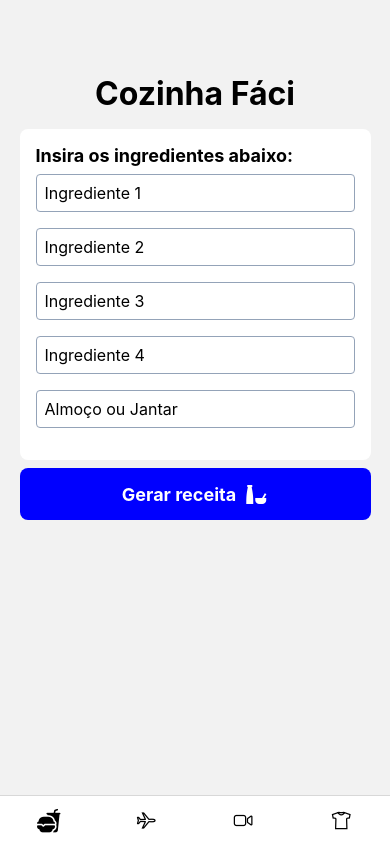
Repository: Matheus904-12/routes
Screen: / (app in roteamento/)
The author's editor kept a copy of each file at every save. The screen is drawn from the files as they stood at one save, then again after the next save.
The app was drawn by React Native's web renderer in a window 390 px wide. The project was rebuilt for these pictures with package versions that can differ from the ones it lists, and the page was loaded fresh each time. Also part of the build but not shown: roteamento/pages/viagem.js, roteamento/pages/filmes.js, roteamento/pages/roupas.js.

Above is the screen before, as saved 2024-05-01 17:22:12.

### roteamento/App.tsx
import React from 'react';
import { NavigationContainer } from '@react-navigation/native';
import { Routes } from './routes';

export default function App() {
  return (
    <NavigationContainer>
      <Routes />
    </NavigationContainer>
  );
}

### roteamento/routes.js
import { createBottomTabNavigator } from "@react-navigation/bottom-tabs";
import { Viagem } from './pages/viagem';
import { Filmes } from './pages/filmes';
import { Roupas } from './pages/roupas';
import { Receita } from './pages/receita';
import { Ionicons } from '@expo/vector-icons/'

const Tab = createBottomTabNavigator();

export function Routes() {
    return (
        <Tab.Navigator>
            <Tab.Screen
                name="receita"
                component={Receita}
                options={{
                    tabBarShowLabel: false,
                    headerShown: false,
                    tabBarIcon: ({ focused }) => {
                        if (focused) {
                            return (<Ionicons size={25} color={"#000"} name="fast-food" />)
                        }
                        return (<Ionicons size={20} color={"#000"} name="fast-food-outline" />)
                    }
                }}
            />
            <Tab.Screen
                name="viagem"
                component={Viagem}
                options={{
                    tabBarShowLabel: false,
                    headerShown: false,
                    tabBarIcon: ({ focused }) => {
                        if (focused) {
                            return (<Ionicons size={25} color={"#000"} name="airplane" />)
                        }
                        return (<Ionicons size={20} color={"#000"} name="airplane-outline" />)
                    }
                }}
            />
            <Tab.Screen
                name="filmes"
                component={Filmes}
                options={{
                    tabBarShowLabel: false,
                    headerShown: false,
                    tabBarIcon: ({ focused }) => {
                        if (focused) {
                            return (<Ionicons size={25} color={"#000"} name="videocam" />)
                        }
                        return (<Ionicons size={20} color={"#000"} name="videocam-outline" />)
                    }
                }}
            />
            <Tab.Screen
                name="roupas"
                component={Roupas}
                options={{
                    tabBarShowLabel: false,
                    headerShown: false,
                    tabBarIcon: ({ focused }) => {
                        if (focused) {
                            return (<Ionicons size={25} color={"#000"} name="shirt" />)
                        }
                        return (<Ionicons size={20} color={"#000"} name="shirt-outline" />)
                    }
                }}
            />
        </Tab.Navigator>
    )
}

### roteamento/pages/receita.js
import React, { useState } from 'react';
import { StyleSheet, Text, View, TextInput, TouchableOpacity, Platform, StatusBar, ScrollView, ActivityIndicator, Alert, Keyboard } from 'react-native';
import { MaterialCommunityIcons } from '@expo/vector-icons';

const alturaStatusBar = StatusBar.currentHeight;
const KEY_GPT = 'SUA_CHAVE_DE_API';

export function Receita() {

    const [load, defLoad] = useState(false);
    const [receita, defReceita] = useState("");

    const [ingr1, defIngr1] = useState("");
    const [ingr2, defIngr2] = useState("");
    const [ingr3, defIngr3] = useState("");
    const [ingr4, defIngr4] = useState("");
    const [ocasiao, defOcasiao] = useState("");

    async function gerarReceita() {
        if (ingr1 === "" || ingr2 === "" || ingr3 === "" || ingr4 === "" || ocasiao === "") {
            Alert.alert("Atenção", "Informe todos os ingredientes!", [{ text: "Beleza!" }])
            return;
        }
        defReceita("");
        defLoad(true);
        Keyboard.dismiss();

        const prompt = `Sugira uma receita detalhada para o ${ocasiao} usando os ingredientes: ${ingr1}, ${ingr2}, ${ingr3} e ${ingr4} e pesquise a receita no YouTube. Caso encontre, informe o link.`;

        fetch("https://api.openai.com/v1/chat/completions", {
            method: "POST",
            headers: {
                "Content-Type": "application/json",
                Authorization: `Bearer ${KEY_GPT}`
            },
            body: JSON.stringify({
                model: "gpt-3.5-turbo",
                messages: [
                    {
                        role: 'user',
                        content: prompt
                    }
                ],
                temperature: 0.20,
                max_tokens: 500,
                top_p: 1,
            })
        })
            .then(response => response.json())
            .then((data) => {
                console.log(data.choices[0].message.content);
                defReceita(data.choices[0].message.content)
            })
            .catch((error) => {
                console.log(error);
            })
            .finally(() => {
                defLoad(false);
            })
    }

    return (
        <ScrollView>
            <View style={ESTILOS.container}>
                <StatusBar barStyle="dark-content" translucent={true} backgroundColor="#F1F1F1" />
                <Text style={ESTILOS.header}>Cozinha Fáci</Text>
                <View style={ESTILOS.form}>
                    <Text style={ESTILOS.label}>Insira os ingredientes abaixo:</Text>
                    <TextInput
                        placeholder="Ingrediente 1"
                        style={ESTILOS.input}
                        value={ingr1}
                        onChangeText={(texto) => defIngr1(texto)}
                    />
                    <TextInput
                        placeholder="Ingrediente 2"
                        style={ESTILOS.input}
                        value={ingr2}
                        onChangeText={(texto) => defIngr2(texto)}
                    />
                    <TextInput
                        placeholder="Ingrediente 3"
                        style={ESTILOS.input}
                        value={ingr3}
                        onChangeText={(texto) => defIngr3(texto)}
                    />
                    <TextInput
                        placeholder="Ingrediente 4"
                        style={ESTILOS.input}
                        value={ingr4}
                        onChangeText={(texto) => defIngr4(texto)}
                    />
                    <TextInput
                        placeholder="Almoço ou Jantar"
                        style={ESTILOS.input}
                        value={ocasiao}
                        onChangeText={(texto) => defOcasiao(texto)}
                    />
                </View>

                <TouchableOpacity style={ESTILOS.button} onPress={gerarReceita}>
                    <Text style={ESTILOS.buttonText}>Gerar receita</Text>
                    <MaterialCommunityIcons name="food-variant" size={24} color="#FFF" />
                </TouchableOpacity>

                <ScrollView contentContainerStyle={{ paddingBottom: 24, marginTop: 4, }} style={ESTILOS.containerScroll} showsVerticalScrollIndicator={false} >
                    {load && (
                        <View style={ESTILOS.content}>
                            <Text style={ESTILOS.title}>Produzindo receita...</Text>
                            <ActivityIndicator color="#000" size="large" />
                        </View>
                    )}

                    {receita && (
                        <View style={ESTILOS.content}>
                            <Text style={ESTILOS.title}>Sua receita 👇</Text>
                            <Text style={{ lineHeight: 24 }}>{receita} </Text>
                        </View>
                    )}
                </ScrollView>
            </View>
        </ScrollView>
    );
}

const ESTILOS = StyleSheet.create({
    container: {
        flex: 1,
        alignItems: 'center',
        paddingTop: 20,
    },
    header: {
        fontSize: 32,
        fontWeight: 'bold',
        paddingTop: Platform.OS === 'android' ? alturaStatusBar : 54
    },
    form: {
        backgroundColor: '#FFF',
        width: '90%',
        borderRadius: 8,
        padding: 16,
        marginTop: 16,
        marginBottom: 8,
    },
    label: {
        fontWeight: 'bold',
        fontSize: 18,
        marginBottom: 8,
    },
    input: {
        borderWidth: 1,
        borderRadius: 4,
        borderColor: '#94a3b8',
        padding: 8,
        fontSize: 16,
        marginBottom: 16,
    },
    button: {
        backgroundColor: 'blue',
        width: '90%',
        borderRadius: 8,
        flexDirection: 'row',
        padding: 14,
        justifyContent: 'center',
        alignItems: 'center',
        gap: 8,
    },
    buttonText: {
        fontSize: 18,
        color: '#FFF',
        fontWeight: 'bold'
    },
    content: {
        backgroundColor: '#FFF',
        padding: 16,
        width: '100%',
        marginTop: 16,
        borderRadius: 8,
    },
    title: {
        fontSize: 18,
        fontWeight: 'bold',
        textAlign: 'center',
        marginBottom: 14
    },
    containerScroll: {
        width: '90%',
        marginTop: 8,
    }
});

After the next save:
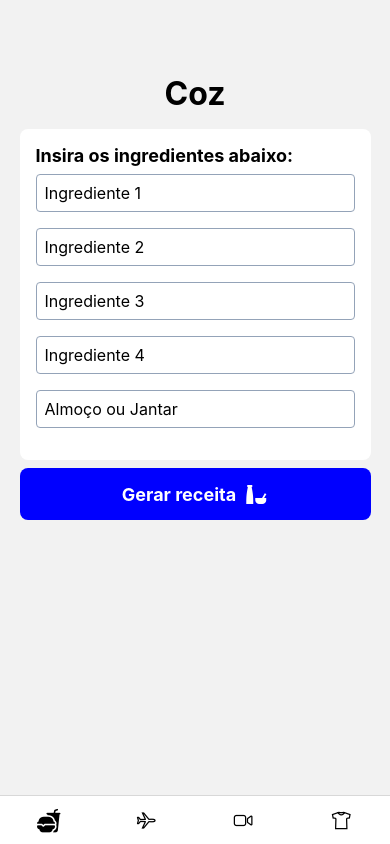
Saved 4 s later.
--- a/roteamento/pages/receita.js
+++ b/roteamento/pages/receita.js
@@ -63,7 +63,7 @@ export function Receita() {
         <ScrollView>
             <View style={ESTILOS.container}>
                 <StatusBar barStyle="dark-content" translucent={true} backgroundColor="#F1F1F1" />
-                <Text style={ESTILOS.header}>Cozinha Fáci</Text>
+                <Text style={ESTILOS.header}>Coz</Text>
                 <View style={ESTILOS.form}>
                     <Text style={ESTILOS.label}>Insira os ingredientes abaixo:</Text>
                     <TextInput
